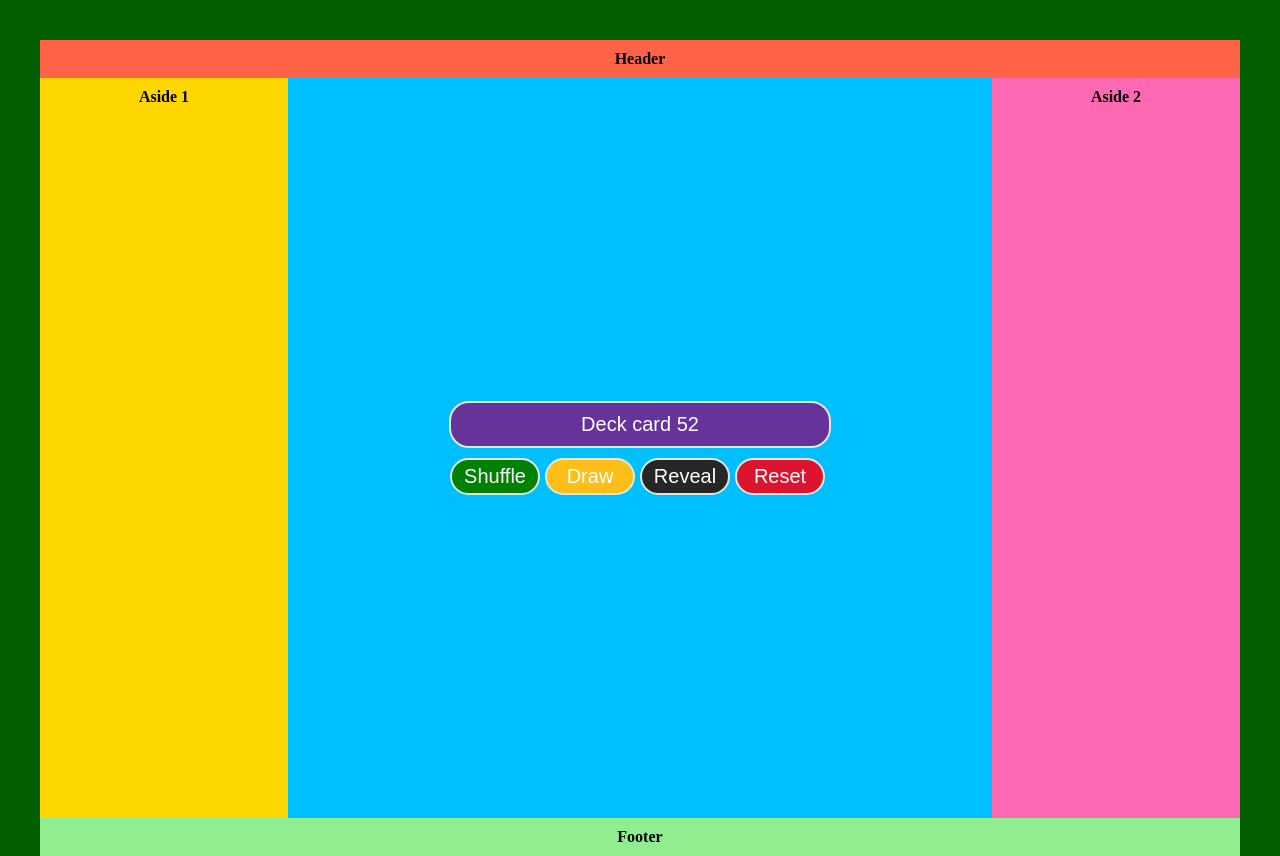
Repository: tiendungjr123/app-baicao
Page: /
These files come from the project's save history. The page is drawn as it stood at one moment and after the next save; the edit follows.
The browser window is 1280 px wide. The pictures show the whole page.
The project was rebuilt for these pictures with package versions that can differ from the ones it lists, and the page was loaded fresh each time. Also part of the build but not shown: src/index.css.

Above is the page before, as saved 2022-10-10 23:32:51.

After the next save:
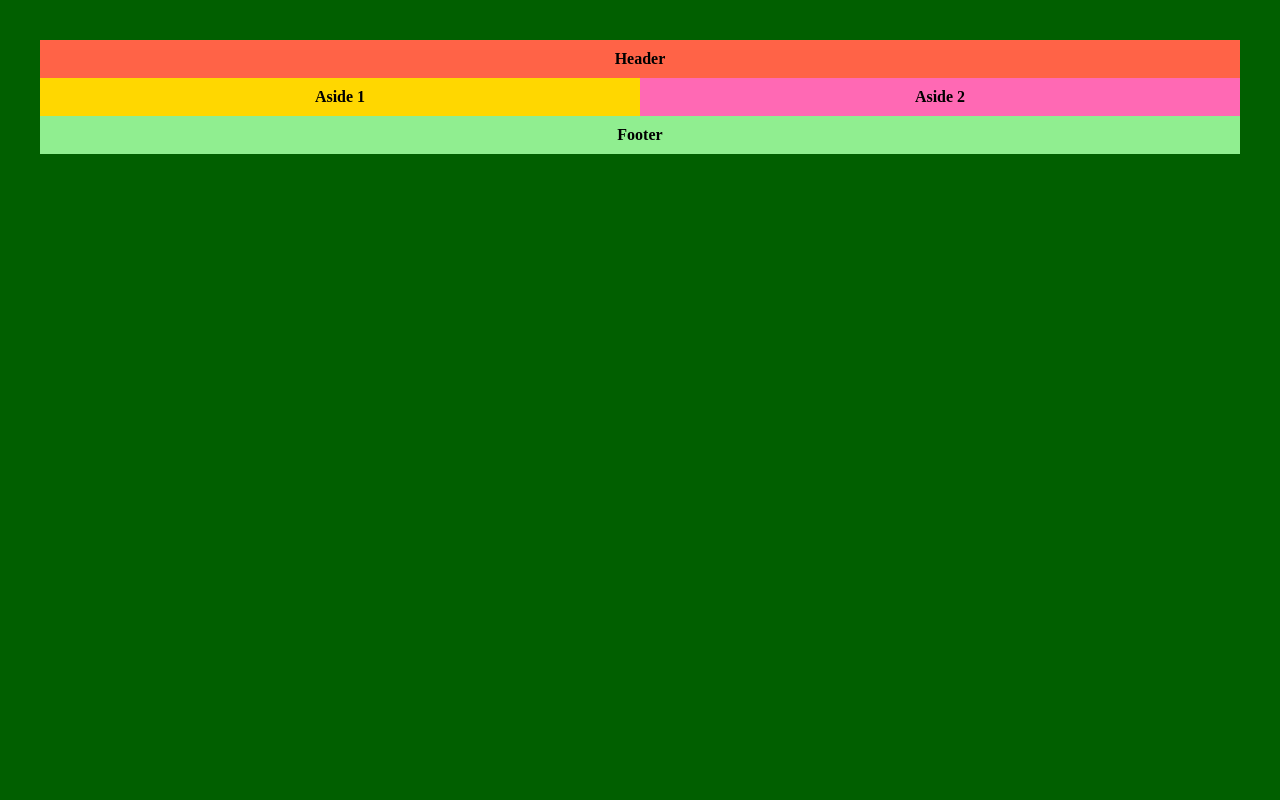
Saved 3 min 46 s later.
--- a/src/App.js
+++ b/src/App.js
@@ -5,9 +5,7 @@
    return (
       <div class="wrapper">
          <header class="header">Header</header>
-         <div class="main">
-            <Table/>
-         </div>
+
          <aside class="aside aside-1">Aside 1</aside>
          <aside class="aside aside-2">Aside 2</aside>
          <footer class="footer">Footer</footer>

After the save that followed:
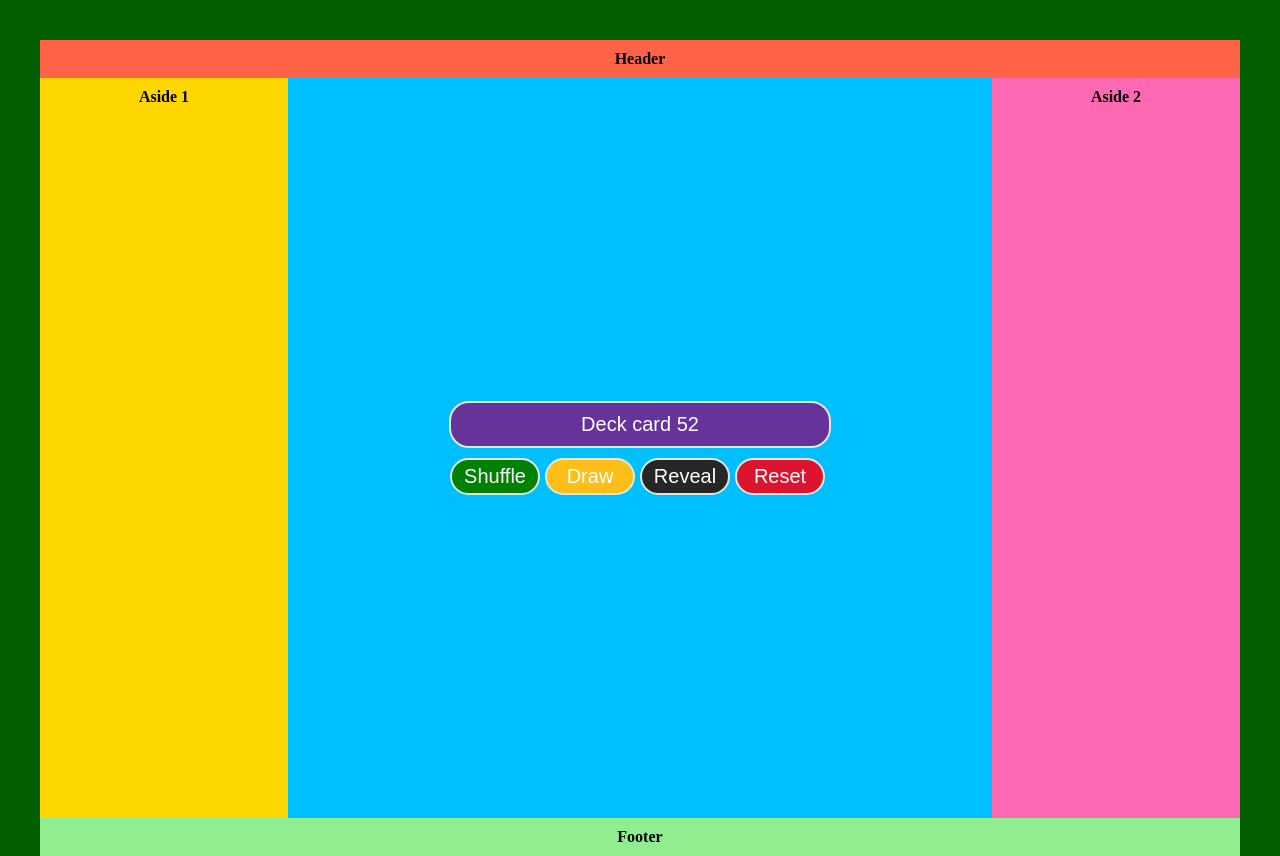
Saved 59 s later.
--- a/src/App.js
+++ b/src/App.js
@@ -5,7 +5,9 @@
    return (
       <div class="wrapper">
          <header class="header">Header</header>
-
+         <div class="main">
+            <Table/>
+         </div>
          <aside class="aside aside-1">Aside 1</aside>
          <aside class="aside aside-2">Aside 2</aside>
          <footer class="footer">Footer</footer>
